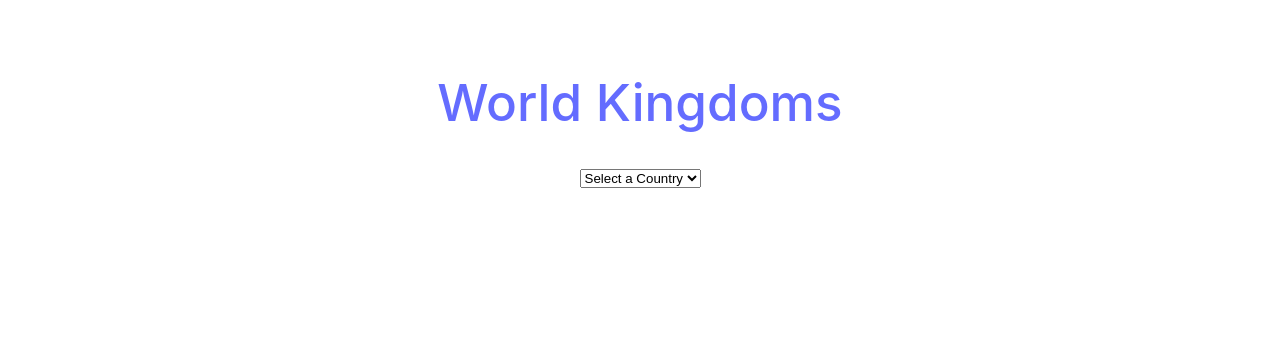
Repository: GloGlorGloria/COMP3170-lab7
Page: /
The author's editor kept a copy of each file at every save. The page is drawn from the files as they stood at one save, then again after the next save.
The browser window is 1280 px wide. The pictures show the whole page.
The page's requests for data from a server got no answer. The project was rebuilt for these pictures with package versions that can differ from the ones it lists, and the page was loaded fresh each time. No one was signed in, and anything a server would have sent is missing. Also part of the build but not shown: vite.config.js, src/components/Details.jsx.

Above is the page before, as saved 2024-11-24 02:08:35.

### index.html
<!doctype html>
<html lang="en">
  <head>
    <meta charset="UTF-8" />
    <link rel="icon" type="image/svg+xml" href="/Globe icon.png" />
    <meta name="viewport" content="width=device-width, initial-scale=1.0" />
    <title>World Kingdoms</title>
  </head>
  <body>
    <div id="root"></div>
    <script type="module" src="/src/main.jsx"></script>
  </body>
</html>

### src/index.css
:root {
  font-family: Inter, system-ui, Avenir, Helvetica, Arial, sans-serif;
  line-height: 1.5;
  font-weight: 400;

  color-scheme: light dark;
  color: rgba(255, 255, 255, 0.87);
  background-color: #242424;

  font-synthesis: none;
  text-rendering: optimizeLegibility;
  -webkit-font-smoothing: antialiased;
  -moz-osx-font-smoothing: grayscale;
}

a {
  font-weight: 500;
  color: #646cff;
  text-decoration: inherit;
}
a:hover {
  color: #535bf2;
}


h1 {
  font-size: 3.2em;
  font-weight: 700;
  line-height: 1.1;
}

/* button {
  border-radius: 8px;
  border: 1px solid transparent;
  padding: 0.6em 1.2em;
  font-size: 1em;
  font-weight: 500;
  font-family: inherit;
  background-color: #1a1a1a;
  cursor: pointer;
  transition: border-color 0.25s;
} */
/* button:hover {
  border-color: #646cff;
}
button:focus,
button:focus-visible {
  outline: 4px auto -webkit-focus-ring-color;
} */

@media (prefers-color-scheme: light) {
  :root {
    color: #213547;
    background-color: #ffffff;
  }
  a:hover {
    color: #747bff;
  }
  button {
    background-color: #f9f9f9;
  }
}

### src/App.jsx
import { BrowserRouter, Routes, Route } from 'react-router-dom';
import Countries from './components/Countries';
import Details from './components/Details';
import './App.css'

function App() {
  return (
       <BrowserRouter>
          <Routes>
          <Route path="/" element={<Countries />}>
            <Route path="/countries/:cca2?" element={<Details />}>
            </Route>
          </Route>
        </Routes>
       </BrowserRouter>
  );
}

export default App

### src/components/Countries.jsx
import { useEffect, useState } from 'react';
import {useNavigate, NavLink, Outlet} from "react-router-dom";


export default function Countries() {
  const [countries, setCountries] = useState([]);
  const [selectedOption, setSelectedOption] = useState("Select a Country");
  const [fetchStatus, setFetchStatus] = useState('idle');
  const navigate = useNavigate();
  const isLoading = fetchStatus === 'loading';
  const isError = fetchStatus === 'error';

  useEffect(() => {
    async function fetchData() {
      try {
        setFetchStatus('loading');
        const response = await fetch('https://restcountries.com/v3.1/name/kingdom');
        if (!response.ok) {
          throw new Error ('Failed to fetch countries');
        }
        const data = await response.json();
        setCountries(data);
        setFetchStatus('idle');
        console.log(countries);
      } catch(e){
        setFetchStatus('error');
        console.error(e.message);
      }
    }
    fetchData();
  }, []);

  useEffect(() => {
    if (location.pathname === "/") {
      setSelectedOption("Select a Country");
    }
  }, [location]);


  const handleCountrySelect = (event) => {
    const countryName = event.target.value;
    setSelectedOption(countryName);

    if (countryName === "Select a Country") {
      navigate("/");
      return;
    }

    const selectedCountry = countries.find((country) => country.name.common === countryName);

    if (selectedCountry) {
    navigate(`/countries/${selectedCountry.cca2}`, { state: {selectedCountry} });
  }};

  return (
    <div>
      <h1>
        <NavLink
        to="/"
        onClick={() => setSelectedOption("Select a Country")}
        >World Kingdoms</NavLink>
      </h1>
      <div className='select_container'>
        <select value={selectedOption} onChange={handleCountrySelect} >
          <option>Select a Country</option>
          {countries.map((country, index) => (
            <option
            key={index}
            value={country.name.common}
            >
            {country.name.common}
            </option>
          ))}
        </select>
      </div>

      <Outlet/>
      </div>
    );
  };

Loaded but not shown: src/main.jsx (common file); src/App.css (common file)

After the next save:
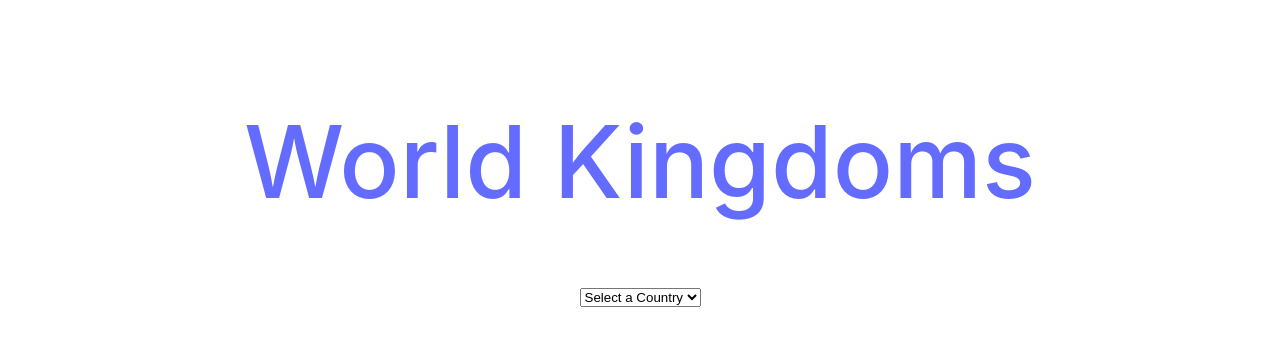
Saved 5 s later.
--- a/src/index.css
+++ b/src/index.css
@@ -24,7 +24,7 @@ a:hover {
 
 
 h1 {
-  font-size: 3.2em;
+  font-size: 100px;
   font-weight: 700;
   line-height: 1.1;
 }
